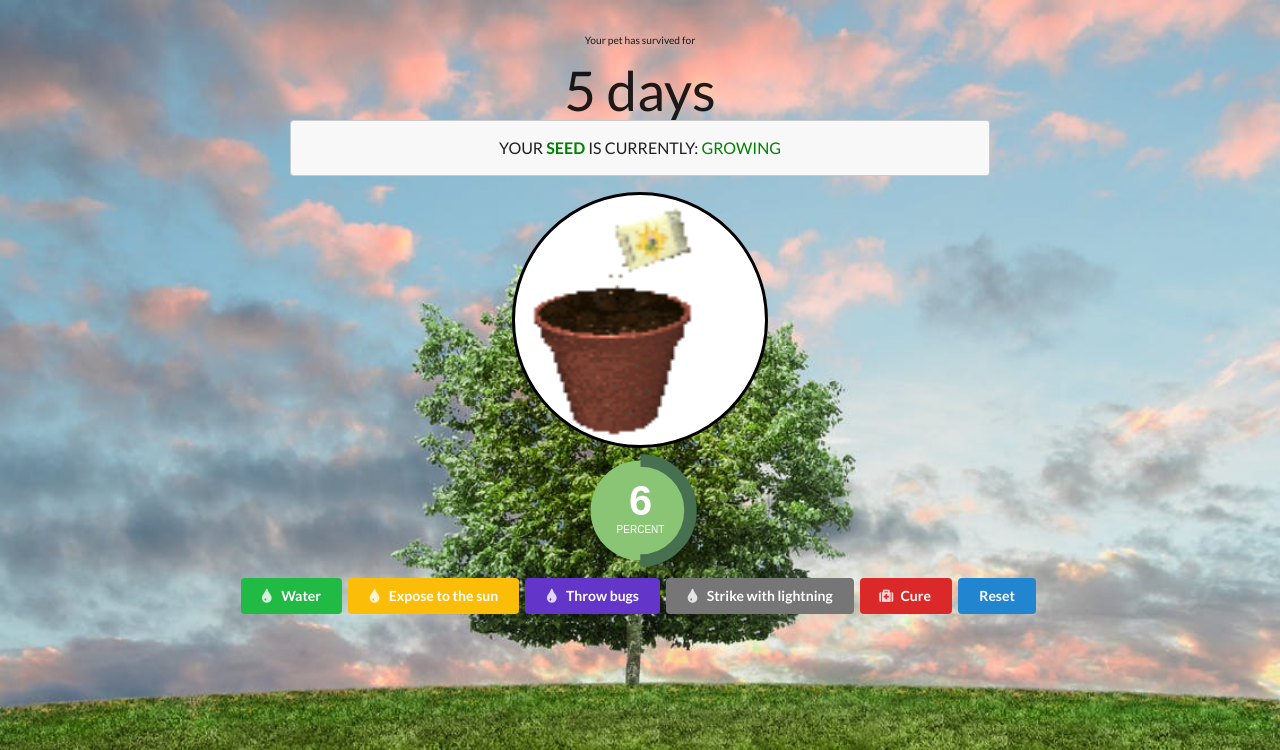
Repository: qduyhoang/Virtual-pest
Page: tree.html
The author's editor kept a record of every edit. The page is drawn from the files as they stood at one moment, then again after the next edit.
The browser window is 1280 px wide. The pictures show the whole page.
Some web libraries are served in a nearby version.

Above is the page before.

### tree.html

<!DOCTYPE html>
<html>
<head>
	<title>Virtual Pest</title>

	<body id="body">
		<div id="hello1">Your pet has survived for</div>
		<div id="hello2"><span id="time"></span> days</div>
		<div id="surviveDay" class="ui container center aligned text message">YOUR <strong><span id="petLevel"></span></strong> IS CURRENTLY: <span id="petState"></span></div>
		<div class="ui center aligned container">

			<div id="petBackground" class="ui center aligned circular image">
				<img id="tree" src="trees/animated-tree-image-0131.gif">
			</div>
			<div id="countdown"></div>
			<button class="ui green button" style="width:100px,height:100px" onclick="feed()"><i class="theme icon"></i>Water</button>
			<button class="ui yellow button" style="width:100px,height:100px" onclick="sun()"><i class="theme icon"></i>Expose to the sun</button>
			<button class="ui violet button" style="width:100px,height:100px" onclick="bug()"><i class="theme icon"></i>Throw bugs</button>
			<button class="ui grey button" style="width:100px,height:100px" onclick="hit()"><i class="theme icon"></i>Strike with lightning</button>
			<button class="ui red button" style="width:100px,height:100px" onclick="cure()"><i class="first aid icon"></i>Cure</button>
			<button class="ui blue button" id="resetButton" style="width:100px,height:100px" onclick="reset()">Reset</button>
		</div>
	</body>

</head>

<link rel="stylesheet" href="virtualpest.css">
<script
  src="https://code.jquery.com/jquery-3.2.1.js"
  integrity="sha256-DZAnKJ/6XZ9si04Hgrsxu/8s717jcIzLy3oi35EouyE="
  crossorigin="anonymous"></script>
<link rel="stylesheet" type="text/css" href="https://cdnjs.cloudflare.com/ajax/libs/semantic-ui/2.2.13/semantic.min.css">
<script src="https://cdnjs.cloudflare.com/ajax/libs/semantic-ui/2.2.13/semantic.min.js"></script>
<script src="jquery.countdown360.js" type="text/javascript" charset="utf-8"></script>
<script src='jquery.keyframes.min.js'></script>
<script type="text/javascript" src="tree.js"></script>


</html>

### virtualpest.css
#petBackground{
background-color: white;
}
#body{
background-image: url('trees/nature-sky-twilight-grass-9198.jpg');
background-size: cover;
}
#tree{
  width: 250px;
  height: 250px;
}
.ui.circular.image{
    border: 3px solid black;
}
canvas{
    z-index: -1;
}
#petLevel{
    color: green;
}

@-webkit-keyframes getSmall{
  50%{
    font-size: .5em;
  }
}
@-webkit-keyframes getBig{
  50%{
    font-size: 4em;
  }
}


#hello1{
  margin: 30px;
  font-size: 50px;
  animation: getSmall 15s infinite;
  text-align:center;
}
#hello2{
  margin: 20px;
  font-size: 50px;
  animation: getBig 20s infinite;
  text-align: center;
}

#c{
    position: absolute;
    top: 0;
    left: 0;
    bottom: 0;
    right: 0;
}

Loaded but not shown: jquery.countdown360.js (library); jquery.keyframes.min.js (library); tree.js (502 lines, source omitted)

After the next edit:
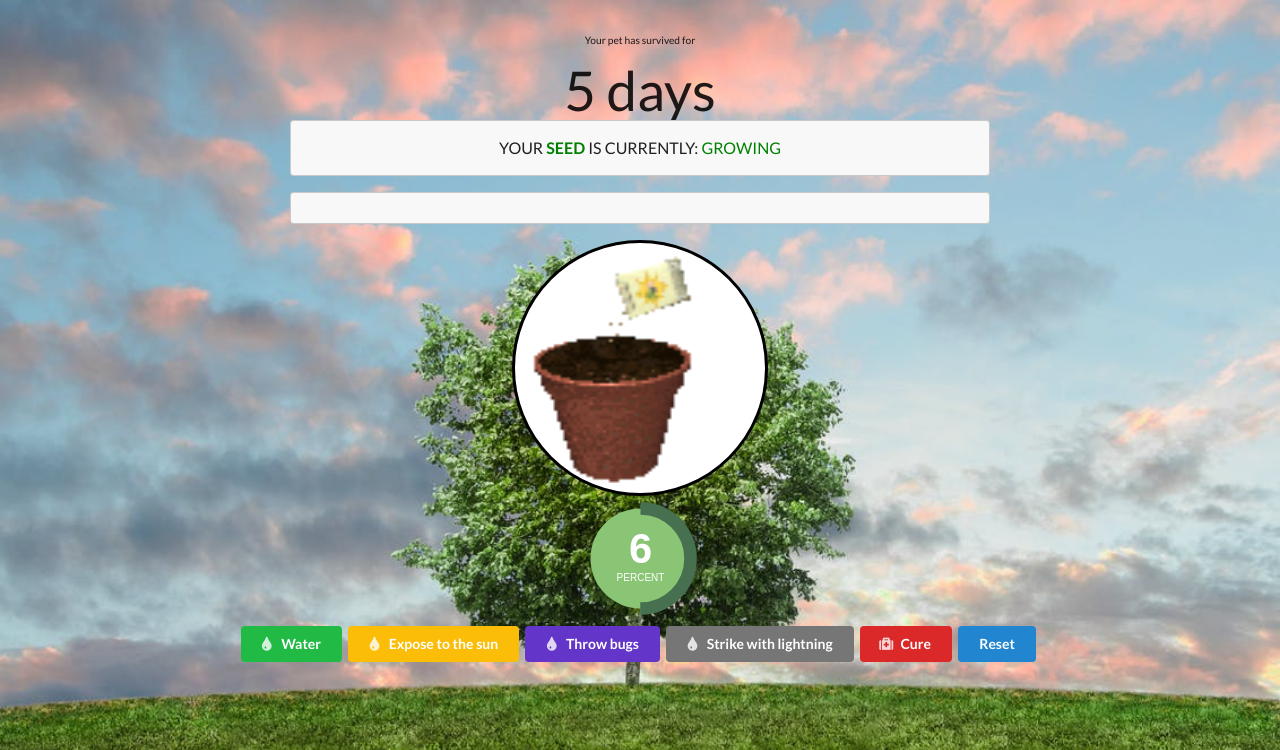
The edit:
--- a/tree.html
+++ b/tree.html
@@ -8,6 +8,7 @@
 		<div id="hello1">Your pet has survived for</div>
 		<div id="hello2"><span id="time"></span> days</div>
 		<div id="surviveDay" class="ui container center aligned text message">YOUR <strong><span id="petLevel"></span></strong> IS CURRENTLY: <span id="petState"></span></div>
+			<div id="message" class="ui container center aligned text message"></div>
 		<div class="ui center aligned container">
 
 			<div id="petBackground" class="ui center aligned circular image">
